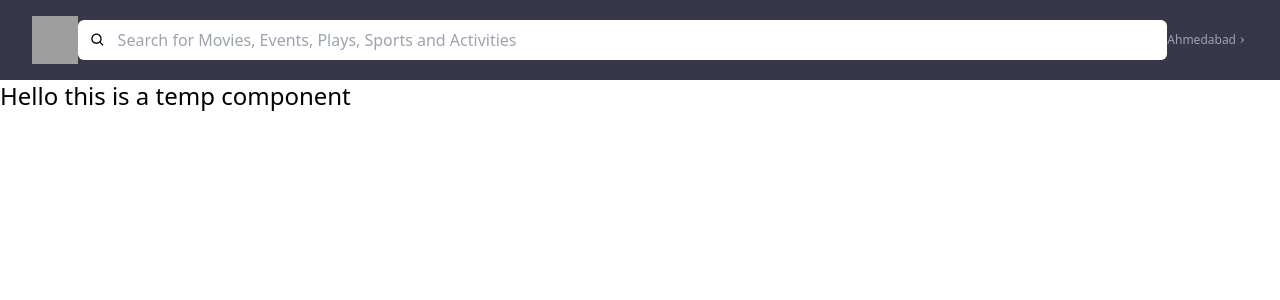
Repository: srush-shah/book-my-show-clone
Page: /
The author's editor kept a copy of each file at every save. The page is drawn from the files as they stood at one save, then again after a run of saves.
The browser window is 1280 px wide. The pictures show the whole page.
Pictures or frames that could not be fetched are drawn as grey boxes. The project was rebuilt for these pictures with package versions that can differ from the ones it lists, and the page was loaded fresh each time.

Above is the page before, as saved 2022-11-23 02:22:21.

After the next 5 saves:
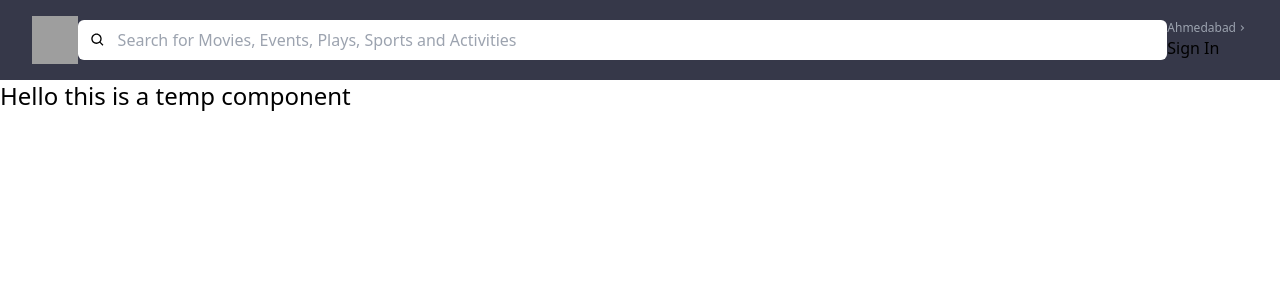
The 5 saves are shown as one change because they came seconds apart.
The last was saved 26 s later.
--- a/src/components/Navbar/navbar.component.jsx
+++ b/src/components/Navbar/navbar.component.jsx
@@ -55,6 +55,7 @@ const NavLg = () => {
           <span className="text-gray-400 text-xs flex items-center">
             Ahmedabad <BiChevronRight />
           </span>
+          <button className="">Sign In</button>
         </div>
       </div>
     </>
